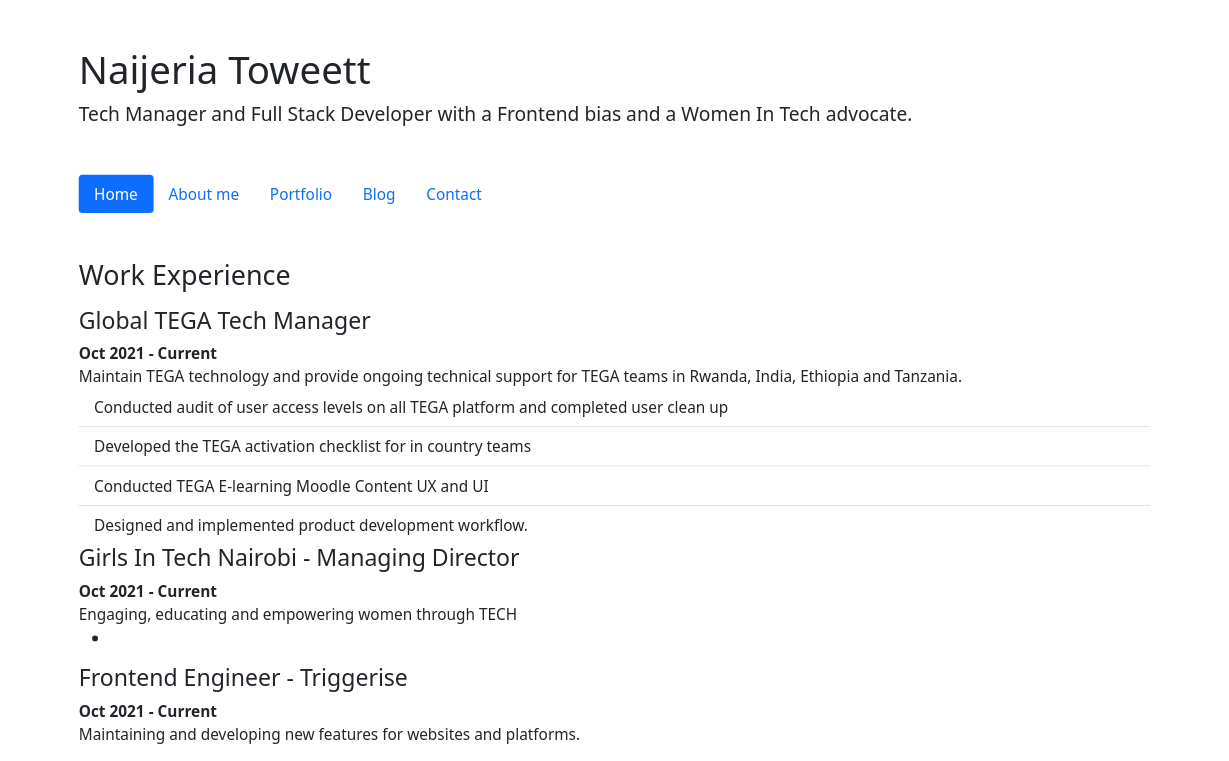
Repository: mamatechafrica/portfolio
Page: index.html
These files come from the project's save history. The page is drawn as it stood at one moment and after the next save; the edit follows.
The browser window is 1280 px wide. The pictures show the whole page, at 96% of full size.

Above is the page before, as saved 2022-01-04 15:57:37.

### index.html
<!doctype html>
<html lang="en">
    <head>
        <!-- Required meta tags -->
        <meta charset="utf-8">
        <meta name="viewport" content="width=device-width, initial-scale=1">

        <!-- Bootstrap CSS -->
        <link href="https://cdn.jsdelivr.net/npm/bootstrap@5.0.2/dist/css/bootstrap.min.css" rel="stylesheet" integrity="sha384-EVSTQN3/azprG1Anm3QDgpJLIm9Nao0Yz1ztcQTwFspd3yD65VohhpuuCOmLASjC" crossorigin="anonymous">

        <title>NashTheCoder portfolio</title>
    </head>
    <body>
        <div class="container my-5">
            <h1>Naijeria Toweett</h1>
            <p class="lead">
                Tech Manager and Full Stack Developer with a Frontend bias and a Women In Tech advocate.
            </p>
        </div>

        <div class="container">
            <nav>
                <ul class="nav nav-pills ">
                    <li class="nav-item">
                        <a class="nav-link active" aria-current="page" href="#">Home</a>
                    </li>
                    <li class="nav-item">
                        <a class="nav-link" href="#">About me</a>
                    </li>
                    <li class="nav-item">
                        <a class="nav-link" href="#">Portfolio</a>
                    </li>
                    <li class="nav-item">
                        <a class="nav-link" href="https://mumlovestech.com/" target="blank">Blog</a>
                    </li>
                    <li class="nav-item">
                        <a class="nav-link" href="#">Contact</a>
                    </li>
                </ul>
            </nav>
        </div>

        <div class="container mt-5">
            <div class="row">
                <div class="col">
                    <h3 class="mb-3">Work Experience</h3>

                    <h4>Global TEGA Tech Manager</h4>
                    <div>
                        <strong>Oct 2021 - Current</strong>
                    </div>
                        Maintain TEGA technology and provide ongoing technical support for
                        TEGA teams in Rwanda, India, Ethiopia and Tanzania.
                    <ul class="list-group list-group-flush">
                        <li class="list-group-item">Conducted audit of user access levels on all TEGA platform and completed user clean up</li>
                        <li class="list-group-item">Developed the TEGA activation checklist for in country teams</li>
                        <li class="list-group-item">Conducted TEGA E-learning Moodle Content UX and UI</li>
                        <li class="list-group-item">Designed and implemented product development workflow.</li>
                    </ul>
                    <h4>Girls In Tech Nairobi - Managing Director</h4>
                    <div>
                        <strong>Oct 2021 - Current</strong>
                    </div>
                        Engaging, educating and empowering women through TECH
                    <ul>
                        <li></li>
                    </ul>
                    <h4>Frontend Engineer - Triggerise</h4>
                    <div>
                        <strong>Oct 2021 - Current</strong>
                    </div>
                        Maintaining and developing new features for websites and platforms.
                    <ul>
                        <!-- <li></li>
                    </ul>
                    <h4>Full Stack Engineer - Equilo</h4>
                    <div>
                        <strong>Oct 2021 - Current</strong>
                    </div>
                        Collaborated with app development team to identifying software, bugs and problems and best solutions.
                    <ul>
                        <!-- <li></li>
                    </ul>
                </div>
                <div class="col">
                    <h3 class="mb-3">Skills</h3>
                </div>
            </div>
        </div>

        <!-- Optional JavaScript; choose one of the two! -->

        <!-- Option 1: Bootstrap Bundle with Popper -->
        <script src="https://cdn.jsdelivr.net/npm/bootstrap@5.0.2/dist/js/bootstrap.bundle.min.js" integrity="sha384-MrcW6ZMFYlzcLA8Nl+NtUVF0sA7MsXsP1UyJoMp4YLEuNSfAP+JcXn/tWtIaxVXM" crossorigin="anonymous"></script>

        <!-- Option 2: Separate Popper and Bootstrap JS -->
        <!--
        <script src="https://cdn.jsdelivr.net/npm/@popperjs/core@2.9.2/dist/umd/popper.min.js" integrity="sha384-IQsoLXl5PILFhosVNubq5LC7Qb9DXgDA9i+tQ8Zj3iwWAwPtgFTxbJ8NT4GN1R8p" crossorigin="anonymous"></script>
        <script src="https://cdn.jsdelivr.net/npm/bootstrap@5.0.2/dist/js/bootstrap.min.js" integrity="sha384-cVKIPhGWiC2Al4u+LWgxfKTRIcfu0JTxR+EQDz/bgldoEyl4H0zUF0QKbrJ0EcQF" crossorigin="anonymous"></script>
        -->
    </body>
</html>

After the next save:
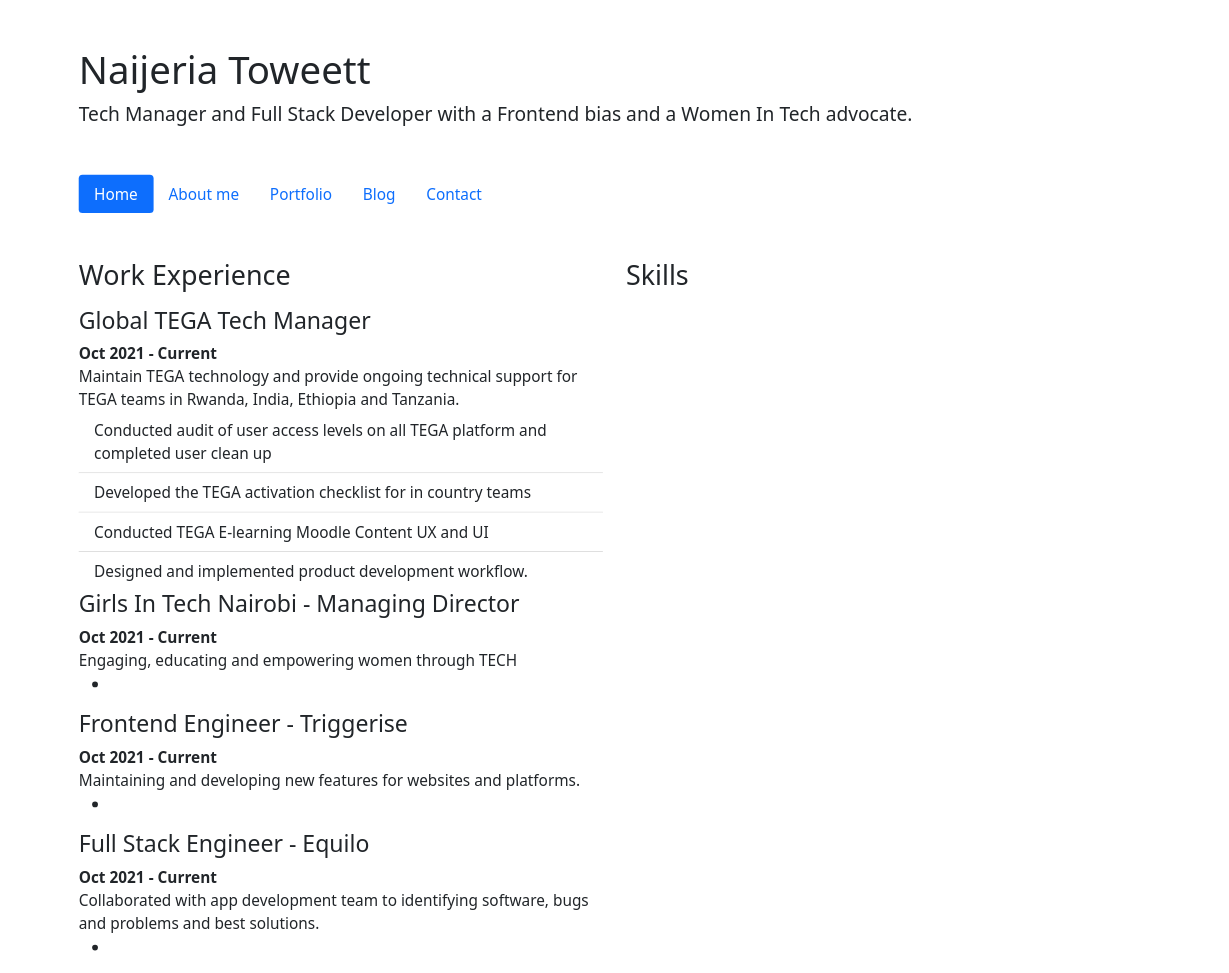
Saved 5 s later.
--- a/index.html
+++ b/index.html
@@ -71,7 +71,7 @@
                     </div>
                         Maintaining and developing new features for websites and platforms.
                     <ul>
-                        <!-- <li></li>
+                        <li></li>
                     </ul>
                     <h4>Full Stack Engineer - Equilo</h4>
                     <div>
@@ -79,7 +79,7 @@
                     </div>
                         Collaborated with app development team to identifying software, bugs and problems and best solutions.
                     <ul>
-                        <!-- <li></li>
+                        <li></li>
                     </ul>
                 </div>
                 <div class="col">
